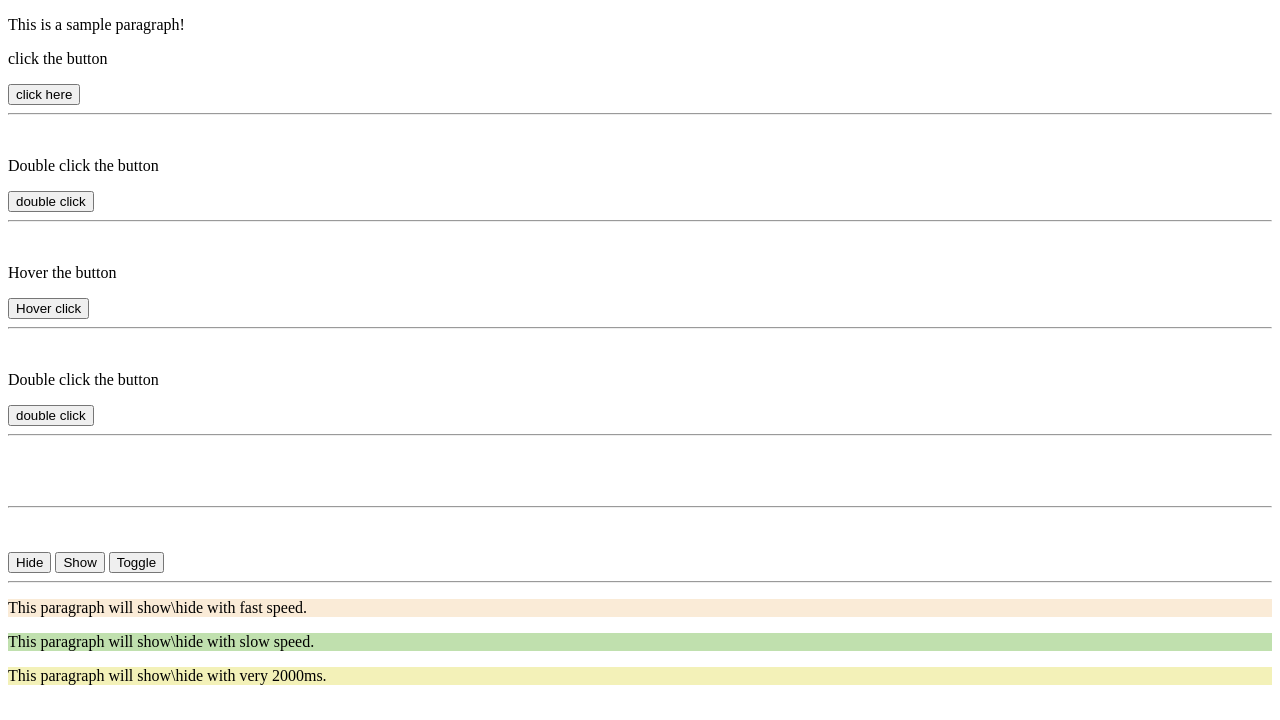
Repository: DhananjayaLakshan/Uom-Web_Design_For_Beginners
Page: Work02/index.html
These files come from the project's save history. The page is drawn as it stood at one moment and after the next save; the edit follows.
The browser window is 1280 px wide. The pictures show the whole page.
After loading, the first visible `button.showBtn` was clicked once.

Above is the page before, as saved 2023-11-30 21:28:28.

### Work02/index.html
<!DOCTYPE html>
<html lang="en">
<head>
    <meta charset="UTF-8">
    <meta name="viewport" content="width=device-width, initial-scale=1.0">
    <title>jquery</title>
    <script src="jquery-3.7.1.min.js"></script>
</head>
<body>
    <p id="pid">This is a sample paragraph!</p>

    <script>

        $(document).ready(function(){
            $('#pid').click(function(){
                alert('You clicked the paragraph..!!');
            })
        })

        // $('#pid').click(function(){
        //     alert('You clicked the paragraph..!!');
        // });

        // document.getElementById('pid').onclick = function(){
        //     alert('You clicked the paragraph..!!');
        // }

    </script>

    <p>click the button</p>
    <button id="btn1">click here</button>
    <br><hr><br>

    <p>Double click  the button</p>
    <button id="btn2">double click</button>
    <br><hr><br>

    <p>Hover the button</p>
    <button id="btn3">Hover click</button>
    <br><hr><br>

    <p>Double click  the button</p>
    <button id="btn4">double click</button>
    <br><hr><br>

    <script>

        $(document).ready(function(){

            $('#btn1').click(function(){
                $(this).hide();
            });

            $('#btn2').dblclick(function(){
                $(this).hide();
            });

            $('#btn3').hover(function(){
                $(this).css('background-color','pink');
            });

            $('#btn4').on({

                mouseenter:function(){
                    $(this).css("background-color", "cyan");
                },
                mouseleave: function(){
                    $(this).css("background-color", "yellow");
                }
            })


        });
    </script>

    <br><br>
    <hr><br><br>

    <button class="hideBtn">Hide</button>
    <button class="showBtn">Show</button>
    <button class="toggleBtn">Toggle</button>

    <hr>

    <p class="pfast" style="background-color: antiquewhite;">This paragraph will show\hide with fast speed.</p>
    <p class="pslow" style="background-color: rgb(192, 224, 174);">This paragraph will show\hide with slow speed.</p>
    <p class="pclass" style="background-color: rgb(243, 241, 184);">This paragraph will show\hide with very 2000ms.</p>

    <script>
        $(document).ready(function(){
            $(".hideBtn").click(function(){
                $("p.pfast").hide("fast");
                $("p.pslow").hide("slow");
                $("p.pclass").hide(2000);
            })

            $(".showBtn").click(function(){
                $("p.pfast").show("fast");
                $("p.pslow").show("slow");
                $("p.pclass").show(2000);
            })
        });
    </script>





</body>
</html>

Loaded but not shown: Work02/jquery-3.7.1.min.js (library)

After the next save:
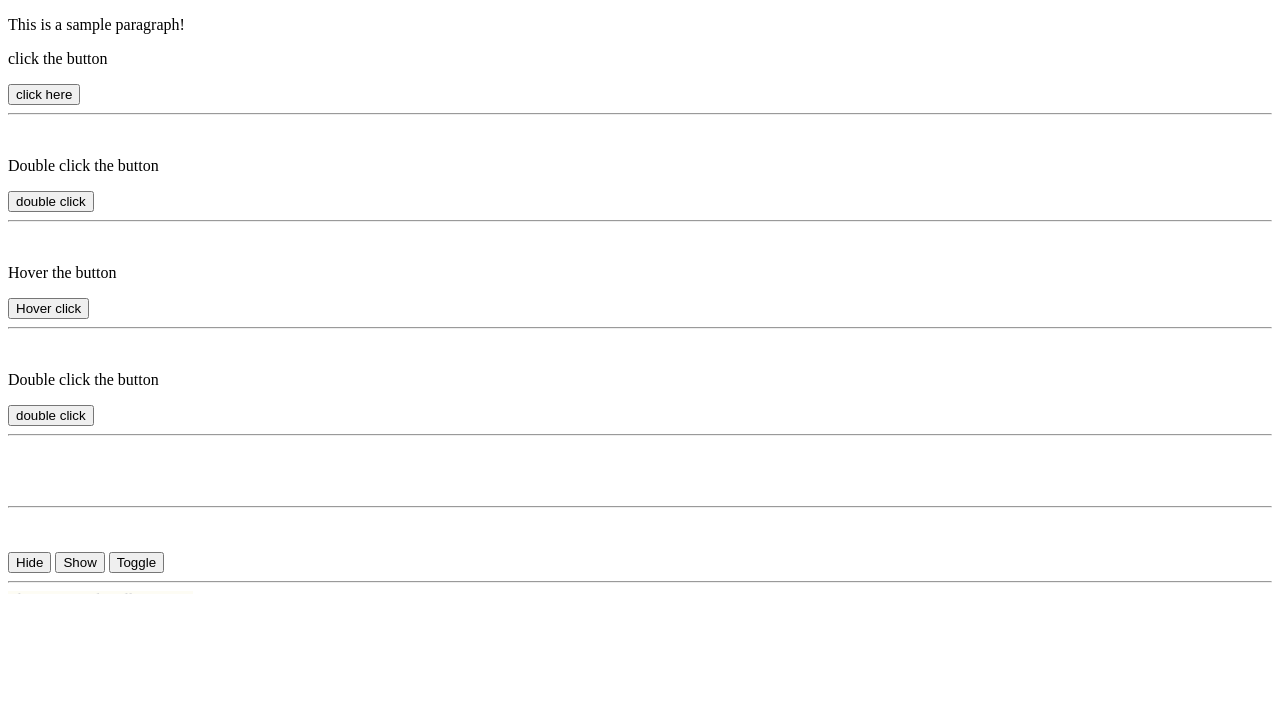
Saved 31 s later.
--- a/Work02/index.html
+++ b/Work02/index.html
@@ -99,6 +99,12 @@
                 $("p.pslow").show("slow");
                 $("p.pclass").show(2000);
             })
+
+            $(".showBtn").click(function(){
+                $("p.pfast").toggle("fast");
+                $("p.pslow").toggle("slow");
+                $("p.pclass").toggle(2000);
+            })
         });
     </script>
 
